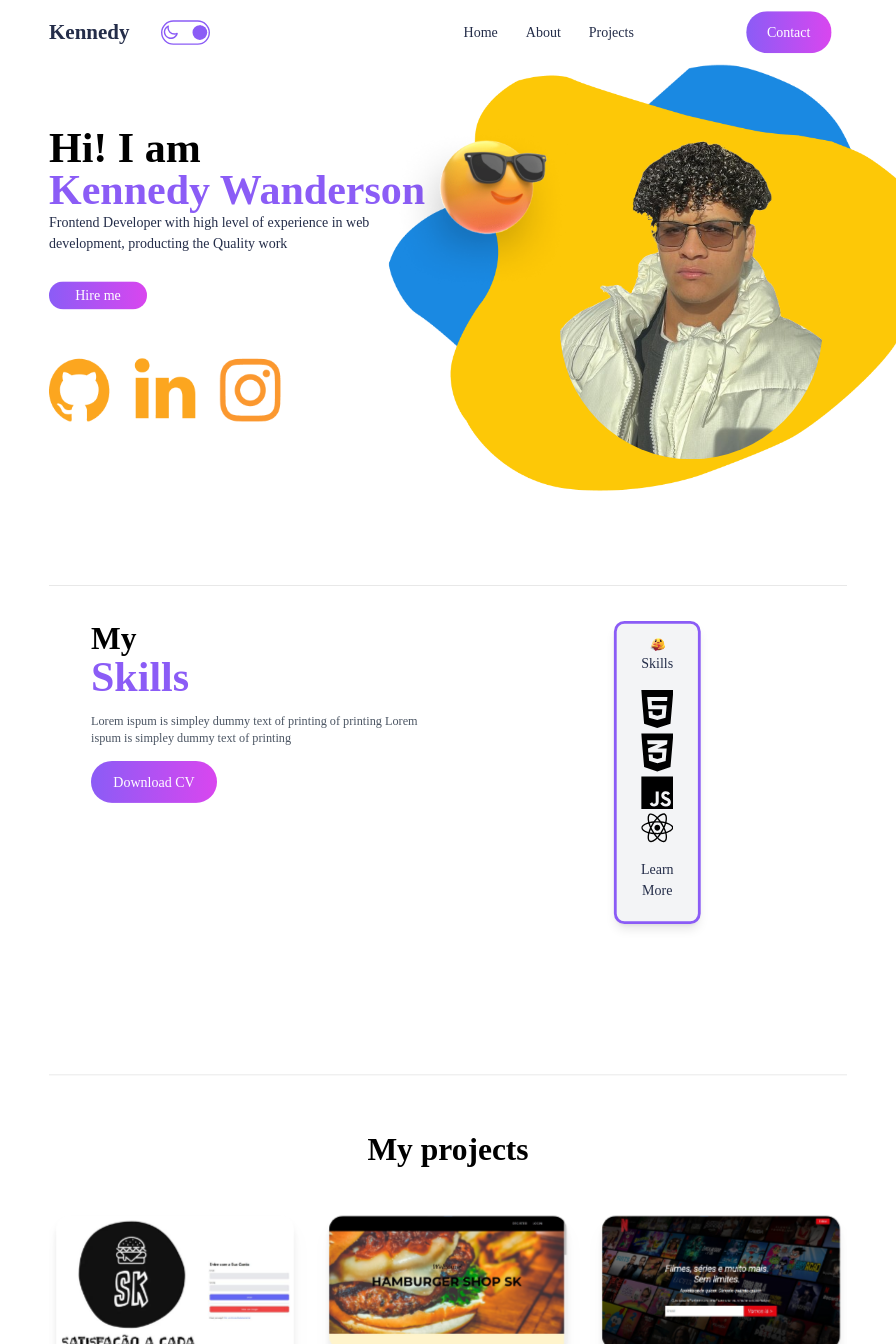
Repository: KennedyWanderson/portfolio
Page: /
The author's editor kept a copy of each file at every save. The page is drawn from the files as they stood at one save, then again after the next save.
The browser window is 1280 px wide. The pictures show the part of the page from y = 0 to 1920 px (the page is 3240 px tall), at 70% of full size.
Some web fonts or font styles are not loaded; a fallback is used. The project was rebuilt for these pictures with package versions that can differ from the ones it lists, and the page was loaded fresh each time. Imported but missing from the stored project, and not drawn on this page: src/Components/Services/Kennedy_CV.pdf.

Above is the page before, as saved 2024-01-26 12:29:01.

### public/index.html
<!DOCTYPE html>
<html lang="en">
  <head>
    <meta charset="utf-8" />
    <link rel="icon" href="%PUBLIC_URL%/favicon.ico" />
    <meta name="viewport" content="width=device-width, initial-scale=1" />
    <meta name="theme-color" content="#000000" />
    <meta
      name="description"
      content="Web site created using create-react-app"
    />

    <style>
      @font-face{
        font-family: Gumela;
        src: url('../src/fonts/*');
      }

      *{
        font-family: 'Gumela';
        font-weight: normal;
        font-size: 20px;
      }
      body{
        margin: 0;
      }
    </style>
    <link rel="apple-touch-icon" href="%PUBLIC_URL%/logo192.png" />
    <!--
      manifest.json provides metadata used when your web app is installed on a
      user's mobile device or desktop. See https://developers.google.com/web/fundamentals/web-app-manifest/
    -->
    <link rel="manifest" href="%PUBLIC_URL%/manifest.json" />
    <!--
      Notice the use of %PUBLIC_URL% in the tags above.
      It will be replaced with the URL of the `public` folder during the build.
      Only files inside the `public` folder can be referenced from the HTML.

      Unlike "/favicon.ico" or "favicon.ico", "%PUBLIC_URL%/favicon.ico" will
      work correctly both with client-side routing and a non-root public URL.
      Learn how to configure a non-root public URL by running `npm run build`.
    -->
    <title>React App</title>
  </head>
  <body>
    <noscript>You need to enable JavaScript to run this app.</noscript>
    <div id="root"></div>
    <!--
      This HTML file is a template.
      If you open it directly in the browser, you will see an empty page.

      You can add webfonts, meta tags, or analytics to this file.
      The build step will place the bundled scripts into the <body> tag.

      To begin the development, run `npm start` or `yarn start`.
      To create a production bundle, use `npm run build` or `yarn build`.
    -->
  </body>
</html>

### src/index.js
import React from 'react';
import ReactDOM from 'react-dom/client';
import './index.css';
import App from './App';
import reportWebVitals from './reportWebVitals';
import { ThemeProvider } from './Context';

const root = ReactDOM.createRoot(document.getElementById('root'));
root.render(
  <ThemeProvider>
    <App />
  </ThemeProvider>

);

// If you want to start measuring performance in your app, pass a function
// to log results (for example: reportWebVitals(console.log))
// or send to an analytics endpoint. Learn more: https://bit.ly/CRA-vitals
reportWebVitals();

### src/index.css
@import 'tailwindcss/base';
@import 'tailwindcss/components';
@import 'tailwindcss/utilities';

:root
{
  --yellow: #F5C32C;
    --orange : #FCA61F;
    --black : #242D49;
    --gray : #788097;
    --blueCard : #DDF8FE;
    --purple: rgb(238 210 255);
    --boxShadow : 0px 19px 60px rgb(0 0 0 / 8%);
    --orangeCard: rgba(252, 166, 31, 0.45);
    --smboxShadow: -79px 51px 60px rgba(0, 0, 0, 0.08);
}

.App{
    overflow: hidden;
    color: var(--black);
}

### src/App.css
@import 'tailwindcss/base';
@import 'tailwindcss/components';
@import 'tailwindcss/utilities';

:root
{
  --yellow: #F5C32C;
    --orange : #FCA61F;
    --black : #242D49;
    --gray : #788097;
    --blueCard : #DDF8FE;
    --purple: rgb(238 210 255);
    --boxShadow : 0px 19px 60px rgb(0 0 0 / 8%);
    --orangeCard: rgba(252, 166, 31, 0.45);
    --smboxShadow: -79px 51px 60px rgba(0, 0, 0, 0.08);
}

.App{
    padding: 0.5rem 3.5rem;
    overflow: hidden;
    color: var(--black);
}

.button{
  border-radius: 34px;
  border: none;
  color: white;
  font-size: 16px;
  padding: 10px;
}

@media screen and (max-width: 480px) {
    .App{
      padding: 0.5rem 1rem;
    }
}

### src/Components/Navbar/Navbar.jsx
import React from "react";
import Toggle from "../Toggle/Toggle";
import { Link } from 'react-scroll';

const Navbar = () => {
    return (
        <div className="lg:h-[10vh] flex flex-col lg:flex-row justify-between">
            <div className="flex-1 flex items-center gap-8">
                <div className="text-2xl font-bold">Kennedy</div>
                <Toggle />
            </div>
            <div className="lg:flex hidden flex-1 items-center justify-center font-normal">
                <div className="flex-grow-10">
                    <ul className="lg:flex hidden gap-8 mr-32 hover:cursor-grab">
                        <Link spy={true} to='Navbar' smooth={true}>
                            <li className="hover:text-orange-500">Home</li>
                        </Link>
                        <Link spy={true} to='About' smooth={true}>
                            <li className="hover:text-orange-500">About</li>
                        </Link>
                        <Link spy={true} to='Projects' smooth={true}>
                            <li className="hover:text-orange-500">Projects</li>
                        </Link>
                    </ul>
                </div>
                <button className=" rounded-3xl border-none text-white text-base pt-3 p-3 pr-6 pl-6 bg-gradient-to-r from-violet-500 to-fuchsia-500
                hover:cursor-grab bg-white hover:text-orange-500
                ">Contact</button>
            </div>
        </div>
    );
}

export default Navbar;

### src/Components/About/About.jsx
import React, { useContext } from "react";
import Github from '../../img/github.png'
import Instagram from '../../img/instagram.png'
import Linkedin from '../../img/linkedin.png'
import Profile from '../../img/eu.png'
import './About.css'
import Vector1 from '../../img/Vector1.png'
import Vector2 from '../../img/Vector2.png'
import { themeContext } from "../../Context";
import {motion} from 'framer-motion'
import glassesemoji from '../../img/glassesimoji.png'


const About = () => {

    const transition = {duration: 2, type: 'spring'}

    const theme = useContext(themeContext);
    const darkMode = theme.state.darkMode;

    return (
        <div className="lg:flex lg:flex-row flex-col h-[77vh] my-20 about">
            <div className="flex flex-col relative flex-1 gap-8">
                <div className="flex flex-col ">
                    <span style={{color: darkMode? 'white': ''}} className="text-black font-bold text-5xl">Hi! I am</span>
                    <span className="text-violet-500 font-bold text-5xl">Kennedy Wanderson</span>
                    <span>Frontend Developer with high level of experience
                        in web development, producting the Quality work                   </span>
                </div>
                <button className="rounded-3xl	border-none	text-white text-base pt-3 p-3 pr-6 pl-6 bg-gradient-to-r from-violet-500 to-fuchsia-500
                hover:cursor-grab bg-white hover:text-orange-500 w-28 h-8 flex justify-center items-center">Hire me</button>
                <div className="mt-6 flex gap-7 hover:cursor-grab left">
                    <a href="https://github.com/KennedyWanderson">
                        <img src={Github} alt="" />
                    </a>
                    <a href="https://www.linkedin.com/in/kennedy-wanderson/">
                        <img src={Linkedin} alt="" />
                    </a>
                    <a href="https://www.instagram.com/_dev.kennedy/">
                        <img src={Instagram} alt="" />
                    </a>
                </div>
            </div>
            <div className="i-right">
                <img src={Vector1} alt="" />
                <img src={Vector2} alt="" />
                <img className="rounded-full" src={Profile} alt="" />
                <motion.img
                initial={{left: '-46%'}}
                whileInView={{left: '-14%'}}
                transition={transition}
                src={glassesemoji} alt="" />
            </div>
        </div>
    )
}

export default About;

### src/Components/Services/Services.jsx
import React, { useContext } from "react";
import HeartEmoji from '../../img/heartemoji.png'
import Card from "../Card/Card";
import Resume from './Kennedy_CV.pdf'
import './Services.css'
import { themeContext } from "../../Context";
import { motion } from 'framer-motion'
import ReactIimg from '../../img/react.svg'
import HtmlImg from '../../img/html5.svg'
import CssImg from '../../img/css3-alt.svg'
import JavaImg from '../../img/js.svg'

const Services = () => {

    const theme = useContext(themeContext);
    const darkMode = theme.state.darkMode;

    return (

        <div className="pt-0 pb-12 pr-3 pl-12 flex h-[90vh] mt-10 services" id="About">
            <div className="flex flex-col relative">
                <span style={{ color: darkMode ? 'white' : '' }} className="text-black text-4xl font-bold">My </span>
                <span className="text-violet-500 font-bold text-5xl">Skills</span>
                <spane style={{ color: darkMode ? 'white' : '' }} className="text-gray-600 text-sm mt-4">Lorem ispum is simpley dummy text of printing of printing Lorem

                    <br />
                    ispum is simpley dummy text of printing
                </spane>
                <a href={Resume} download>
                    <button className="rounded-3xl	border-none	text-white text-base pt-3 p-3 pr-6 pl-6 bg-gradient-to-r from-violet-500 to-fuchsia-500
                    hover:cursor-grab bg-white hover:text-orange-500 w-36 mt-4">Download CV</button>
                </a>
            </div>
            <div className="relative sm:flex lg:block cards gap-17rem">
                <div className=" left-56 absolute sm:static lg:absolute">
                    <Card
                        emoji={HeartEmoji}
                        heading={'Skills'}
                        detail={[HtmlImg, CssImg, JavaImg, ReactIimg]}
                    />
                </div>
                <motion.div
                    initial={{ rotate: 45 }}
                    whileInView={{ rotate: 0 }}
                    viewport={{ margin: '-40px' }}
                    transition={{ duration: 3.5, type: 'spriing' }}
                >
                    <div>
                        <img src={[ReactIimg, ReactIimg]} alt="" />
                    </div>
                    <div>

                    </div>
                    <div>

                    </div>
                    <div>

                    </div>

                </motion.div>
            </div>
        </div>
    )
}

export default Services;

### src/Components/Portfolio/Portfolio.jsx
import React, { useContext } from "react";
import {Swiper, SwiperSlide} from 'swiper/react'
import 'swiper/css'
import Admin from '../../img/admin.jpeg'
import Movie from '../../img/movie.jpeg'
import Netflix from '../../img/netflix.jpeg'
import { themeContext } from "../../Context";
import Burguer from '../../img/burguer.jpeg'

const Portfolio = () => {
    const theme = useContext(themeContext);
    const darkMode = theme.state.darkMode;

    return(
        <div className="flex flex-col items-center justify-center h-[70vh] mb-10" id="Projects">
            <span style={{color: darkMode? 'white': ''}} className="text-black font-bold text-4xl">My projects</span>


            <Swiper spaceBetween={30}
            slidesPerView={3}
            grabCursor={true}
            className="overflow-visible w-full mt-12">
                <SwiperSlide className="w-80 p-2">
                    <img className="w-72 drop-shadow-xl rounded-2xl"  src={Admin} alt="" />
                </SwiperSlide>
                <SwiperSlide className="w-80 p-2">
                    <img className="w-72 drop-shadow-xl rounded-2xl" src={Burguer} alt="" />
                </SwiperSlide>
                <SwiperSlide className="w-80 p-2">
                    <img className="w-72 drop-shadow-xl rounded-2xl"  src={Netflix} alt="" />
                </SwiperSlide>
                <SwiperSlide className="w-80 p-2">
                    <img className="w-72 drop-shadow-xl rounded-2xl" src={Movie} alt="" />
                </SwiperSlide>
            </Swiper>
        </div>
    )
}

export default Portfolio;

### src/Components/Contact/Contact.jsx
import React, { useContext, useState } from "react";
import { useRef } from 'react';
import emailjs from '@emailjs/browser';
import { themeContext } from "../../Context";

const Contact = () => {

    const theme = useContext(themeContext);
    const darkMode = theme.state.darkMode;

  const form = useRef();

  const [done, setDone] = useState(false)

  const sendEmail = (e) => {
    e.preventDefault();

    emailjs.sendForm('service_nloztkk', 'template_w0nf8e5', form.current, 'l4pVECB3jFJ-edbZo')
      .then((result) => {
          console.log(result.text);
          setDone(true)
      }, (error) => {
          console.log(error.text);
      });
  };

    return(
        <div className="lg:flex flex-col m-3 pt-0 pr-12 pb-0 pl-12 mt-16 flex h-[80vh]">
            <div>
                <div className="flex flex-col">
                    <span style={{color: darkMode? 'white': ''}} className="text-black font-bold text-4xl">Get in touch</span>
                    <span className="text-violet-500 font-bold text-5xl">Contact me</span>
                </div>
            </div>

            <div className="flex justify-center relative flex-1">
                <form ref={form} onSubmit={sendEmail} className="flex flex-col gap-8 items-center" action="">
                    <input type="text" name="user_name" className=" w-80 h-8 p-2 outline-none border-2 border-violet-500 rounded-lg text-base" placeholder="Name" />
                    <input type="email" name="user_email" className="w-80 h-8 p-2 outline-none border-2 border-violet-500 rounded-lg text-base" placeholder="Email" />
                    <textarea  name="message" className="h-16 w-80 p-2 outline-none border-2 border-violet-500 rounded-lg text-base" placeholder="Message" />
                    <input type="submit" value="Send" className="rounded-3xl border-none text-white text-base pt-3 p-3 pr-6 pl-6 bg-gradient-to-r from-violet-500 to-fuchsia-500
                    hover:cursor-grab bg-white hover:text-orange-500 w-32 mt-4" />
                    <span className="text-center text-green-500 font-bold text-xl">{done && "Thanks for contacting me!"}</span>
                </form>
            </div>
        </div>
    )
}

export default Contact;

### src/Components/Footer/Footer.jsx
import React from "react";
import Wave from '../../img/wave.png'
import Insta from '@iconscout/react-unicons/icons/uil-instagram'
import Git from '@iconscout/react-unicons/icons/uil-github'
import Linkedin from '@iconscout/react-unicons/icons/uil-linkedin'

const Footer = () => {
    return(
        <div className=" flex items-center mt-[-0.5rem] mb-[-3.5rem] relative">
            <img src={Wave} alt="" style={{width: '100%'}}/>
            <div className="sm:scale-50 flex flex-col items-center justify-center absolute w-full mt-16 gap-16 text-white">
                <span>devprogrammer.wiz@gmail.com</span>
                <div className="flex gap-8">
                    <Insta color='white' size='3rem' />
                    <Git color='white' size='3rem' />
                    <Linkedin color='white' size='3rem' />
                </div>
            </div>
        </div>
    )
}

export default Footer;

### src/Components/Toggle/Toggle.jsx
import React, { useContext } from "react";
import Sun from '@iconscout/react-unicons/icons/uil-sun'
import Moon from '@iconscout/react-unicons/icons/uil-moon'
import { themeContext } from "../../Context";

const Toggle = () => {

    const theme = useContext(themeContext);
    const darkMode = theme.state.darkMode;
    const handleClick = () => {
        theme.dispatch({type: 'toggle'})
    }

    return (
        <div onClick={handleClick} className="flex items-center justify-between rounded-full m-1 border-2 border-violet-500 relative cursor-grab
        w-14 h-7 text-violet-500">
                <Moon />
                <Sun />
            <div className="rounded-full p-[6.5px] absolute bg-violet-500 border-4 border-violet-500"
                style = {darkMode? {left: '2px'} : {right : '2px'}}>
            </div>
        </div>
    )
}

export default Toggle;

### src/Components/About/About.css
.i-right{
    flex: 1;
    position: relative;
}

.i-right>*{
    position: absolute;
    z-index: 1;
}

.i-right>:nth-child(1){
    transform: scale(1.2);
    left: -5%;
    top: -9%;
}
    .i-right>:nth-child(2){
        top: -4.6%;
        transform: scale(1.2);
        left: 3rem;
    }
    .i-right>:nth-child(3){
    transform: scale(1.0);
    left: 28%;
}

@media screen and (max-width: 480px){
    .about {
    flex-direction: column;
    gap: 8rem;
    height: 50rem;
  }

  .left{

    margin-bottom: 50px;
    gap: 4rem;
  }

  .i-right>:nth-child(1){
    transform: scale(0.8);
    left: 0%;
    top: 0%;
}
    .i-right>:nth-child(2){
        transform: scale(0.8);
        left: 0rem;
    }
    .i-right>:nth-child(3){
    transform: scale(0.6);
    left: 0%;

}
.i-right>:nth-child(4){
    transform: scale(0.5);
}
}

### src/Components/Card/Card.jsx
import React from "react";
import '../../App.css'

const Card = ({ emoji, heading, detail }) => {
    return (
        <div className="card w- absolute flex flex-col gap-4 items-center text-center bg-gray-100
        rounded-xl border-4 border-violet-500 shadow-lg pt-0 pr-7 pb-6 pl-7">
            <img className="scale-50 mb-[-2rem]" src={emoji} alt="" />
            <span>{heading}</span>
            <div className="images-container">
                {detail.map((img, index) => (
                    <img key={index} className="flex text-gray-500 text-base w-16" src={img} alt={`Image ${index + 1}`} />
                ))}
            </div>
            <button>Learn More</button>
        </div>
    )
}

export default Card;

### src/Components/Services/Services.css
@media screen and (max-width: 480px) {
    .services {
      margin-top: 0;
      flex-direction: column;
      gap: 5rem;
      height: 66rem;
      padding: 0;
    }

    .cards {
      display: flex;
      flex-direction: column;
      gap: 17rem;
    }
    .cards > * {
      position: static;
    }
  }

Loaded but not shown: src/reportWebVitals.js (common file); tailwind.config.js (common file); src/App.js (46 lines, source omitted); src/Context.js (24 lines, source omitted)

After the next save:
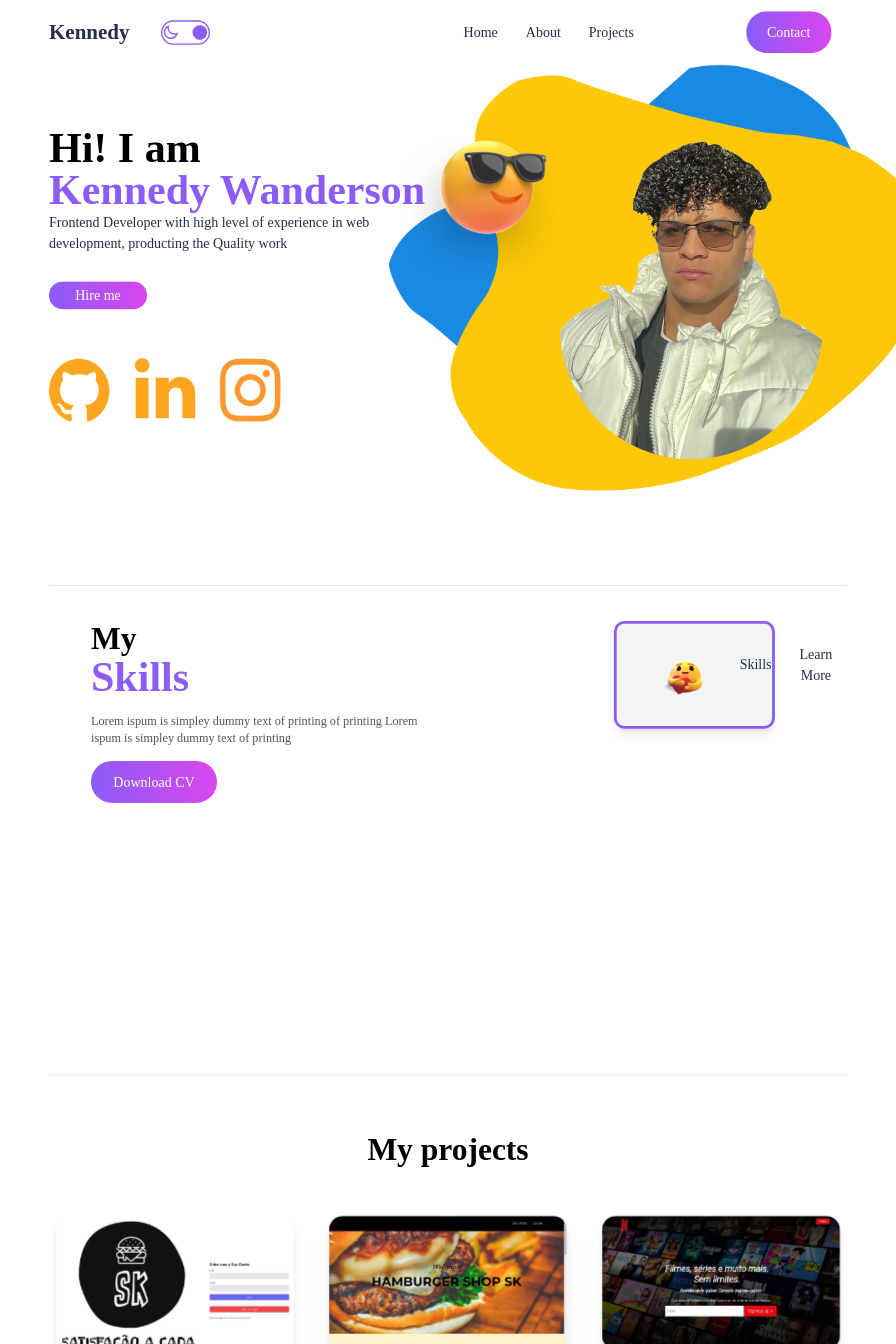
Saved 17 s later.
--- a/src/Components/Card/Card.jsx
+++ b/src/Components/Card/Card.jsx
@@ -3,7 +3,7 @@
 
 const Card = ({ emoji, heading, detail }) => {
     return (
-        <div className="card w- absolute flex flex-col gap-4 items-center text-center bg-gray-100
+        <div className="card w- absolute flex gap-4 items-center text-center bg-gray-100
         rounded-xl border-4 border-violet-500 shadow-lg pt-0 pr-7 pb-6 pl-7">
             <img className="scale-50 mb-[-2rem]" src={emoji} alt="" />
             <span>{heading}</span>

After the save that followed:
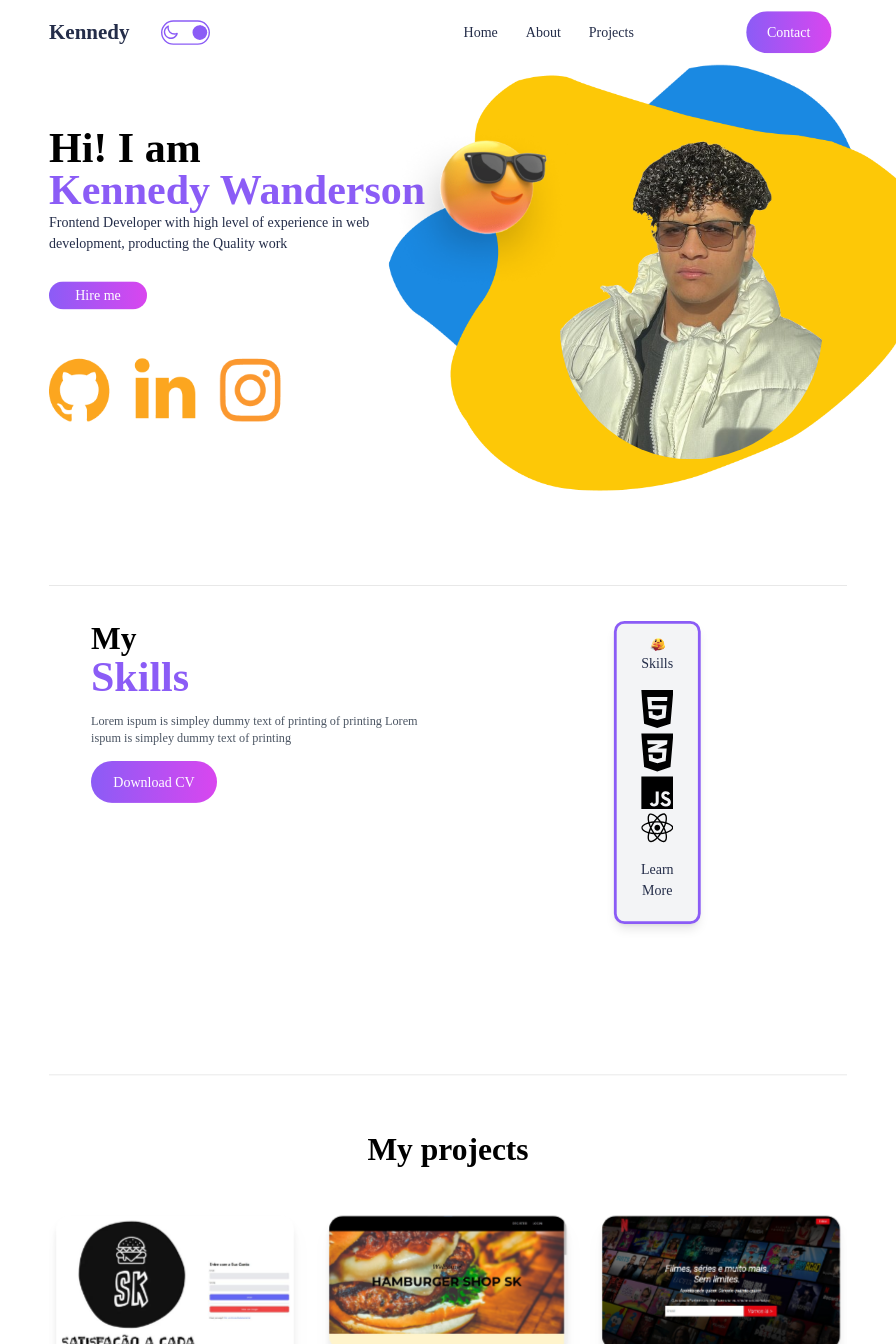
Saved 10 s later.
--- a/src/Components/Card/Card.jsx
+++ b/src/Components/Card/Card.jsx
@@ -3,7 +3,7 @@
 
 const Card = ({ emoji, heading, detail }) => {
     return (
-        <div className="card w- absolute flex gap-4 items-center text-center bg-gray-100
+        <div className="card w- absolute flex flex-col gap-4 items-center text-center bg-gray-100
         rounded-xl border-4 border-violet-500 shadow-lg pt-0 pr-7 pb-6 pl-7">
             <img className="scale-50 mb-[-2rem]" src={emoji} alt="" />
             <span>{heading}</span>
